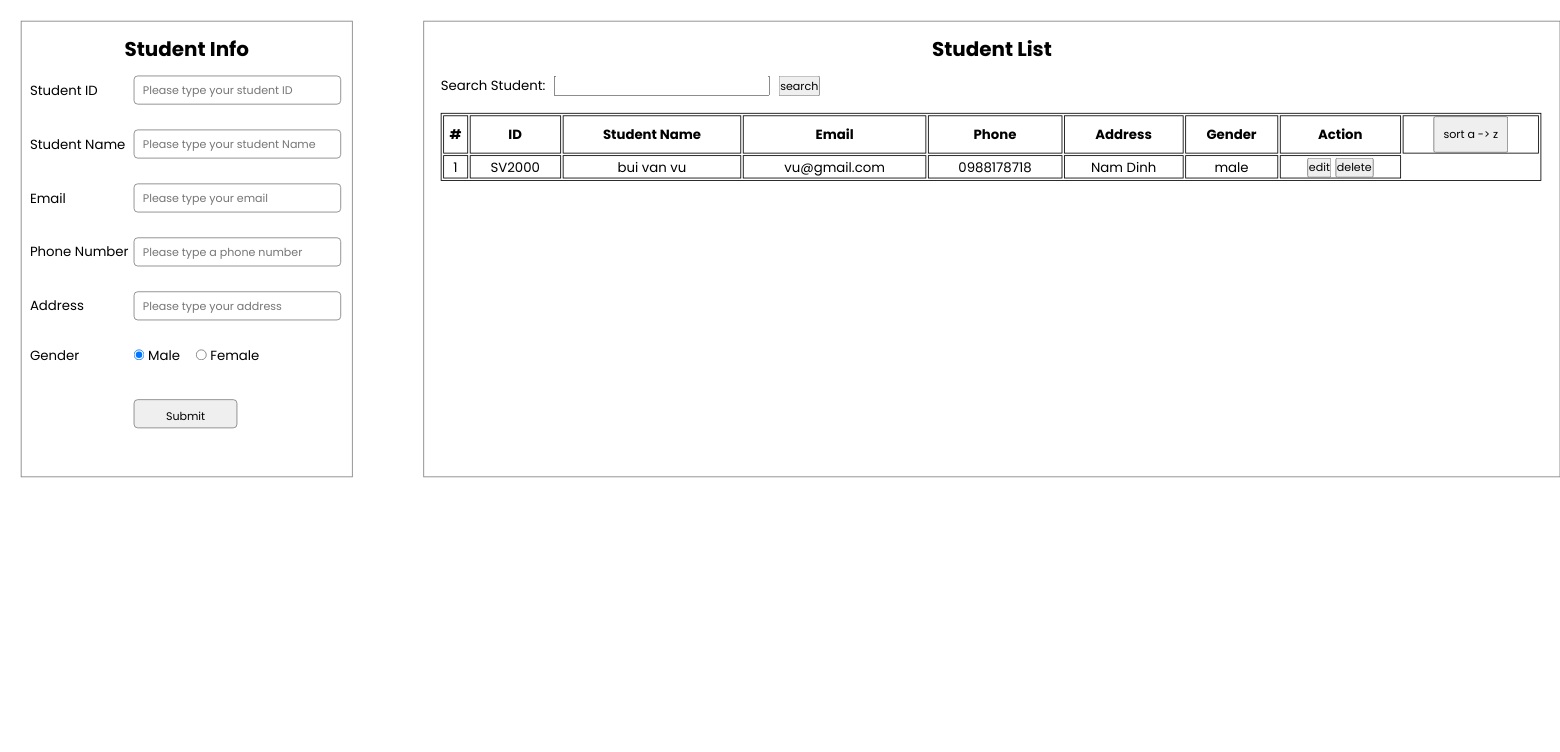
Repository: sSoRaK/ex-session15-dom-event
Page: ex-dom-event/student-management.html
The author's editor kept a copy of each file at every save. The page is drawn from the files as they stood at one save, then again after the next save.
The browser window is 1280 px wide. The page is 1880 px wide, so the pictures cover 1880 px, including what lies to the right of the window. The pictures show the whole page, at 83% of full size.

Above is the page before, as saved 2023-06-24 20:03:25.

After the next save:
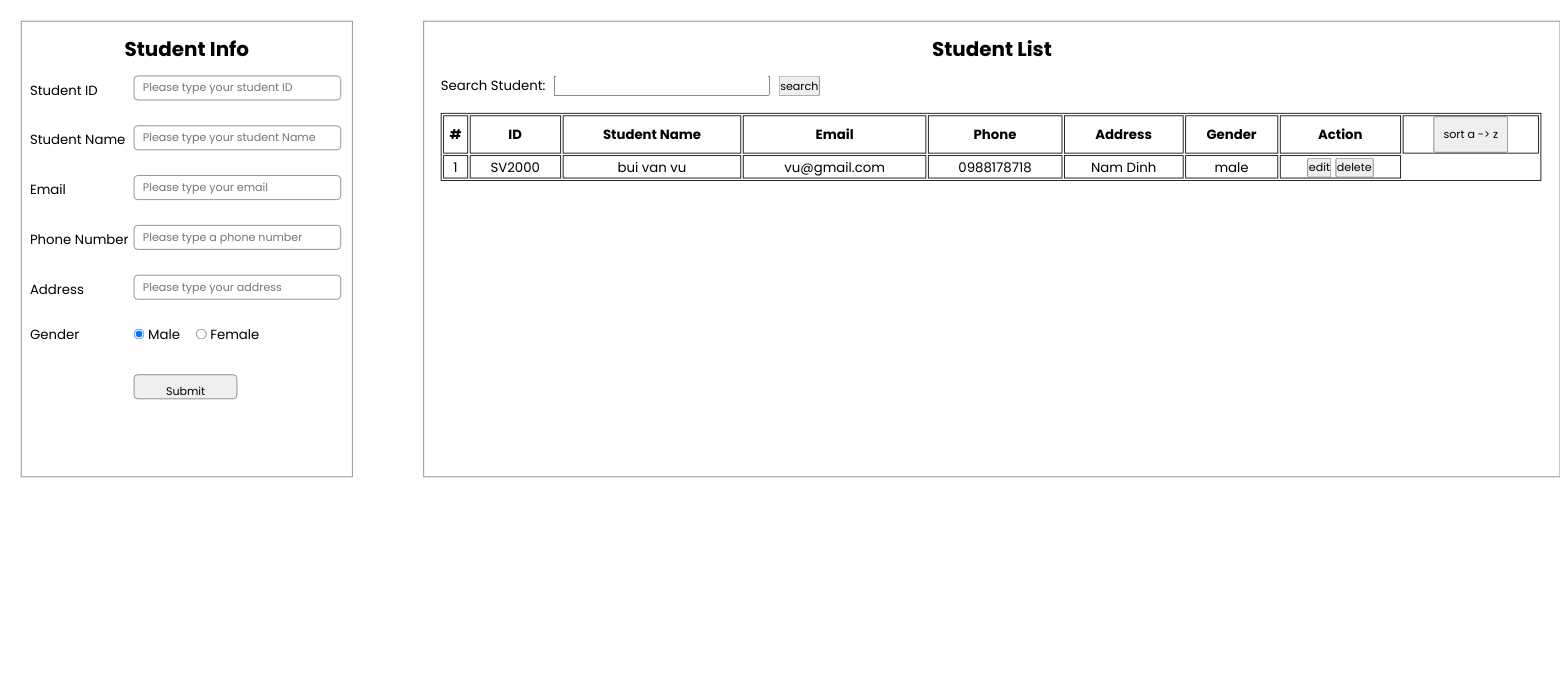
Saved 47 s later.
--- a/ex-dom-event/style/style.css
+++ b/ex-dom-event/style/style.css
@@ -25,7 +25,7 @@ body {
   margin: 0 10px;
   display: grid;
   grid-template-columns: repeat(3, 125px);
-  grid-template-rows: repeat(13, 35px);
+  grid-template-rows: repeat(13, 30px);
   row-gap: 30px;
 }
 .form-student input {
